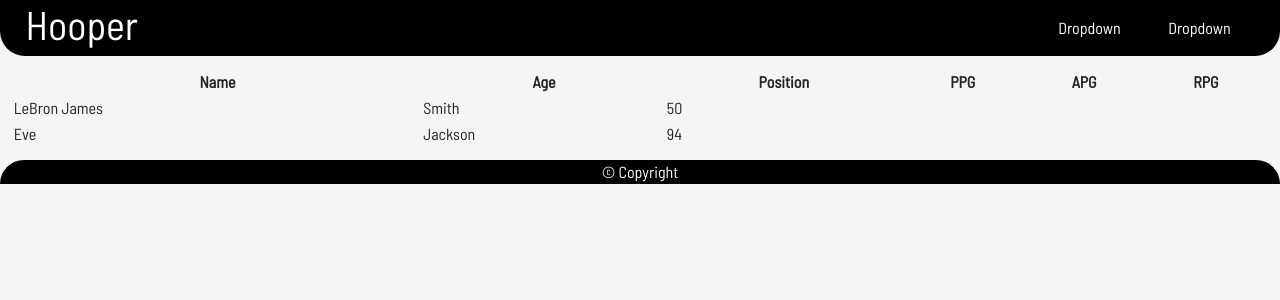
Repository: vlasarte/Hooper
Page: index.html
The author's editor kept a copy of each file at every save. The page is drawn from the files as they stood at one save, then again after the next save.
The browser window is 1280 px wide. The pictures show the whole page.

Above is the page before, as saved 2020-02-18 23:09:38.

After the next save:
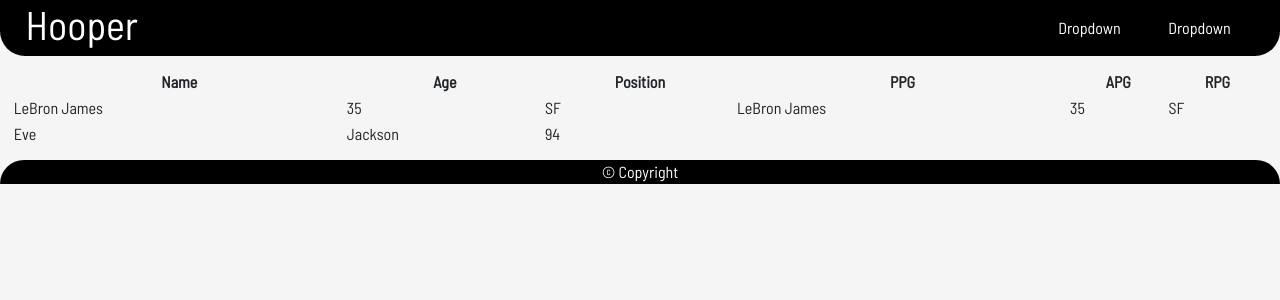
Saved 81 s later.
--- a/index.html
+++ b/index.html
@@ -39,7 +39,7 @@
 
             <table style="width:100%">
                 <tr>
-                    <th>Name</th>
+                    <th><a>Name</a></th>
                     <th>Age</th>
                     <th>Position</th>
                     <th>PPG</th>
@@ -48,8 +48,11 @@
                 </tr>
                 <tr>
                     <td>LeBron James</td>
-                    <td>Smith</td>
-                    <td>50</td>
+                    <td>35</td>
+                    <td>SF</td>
+                    <td>LeBron James</td>
+                    <td>35</td>
+                    <td>SF</td>
                 </tr>
                 <tr>
                     <td>Eve</td>
